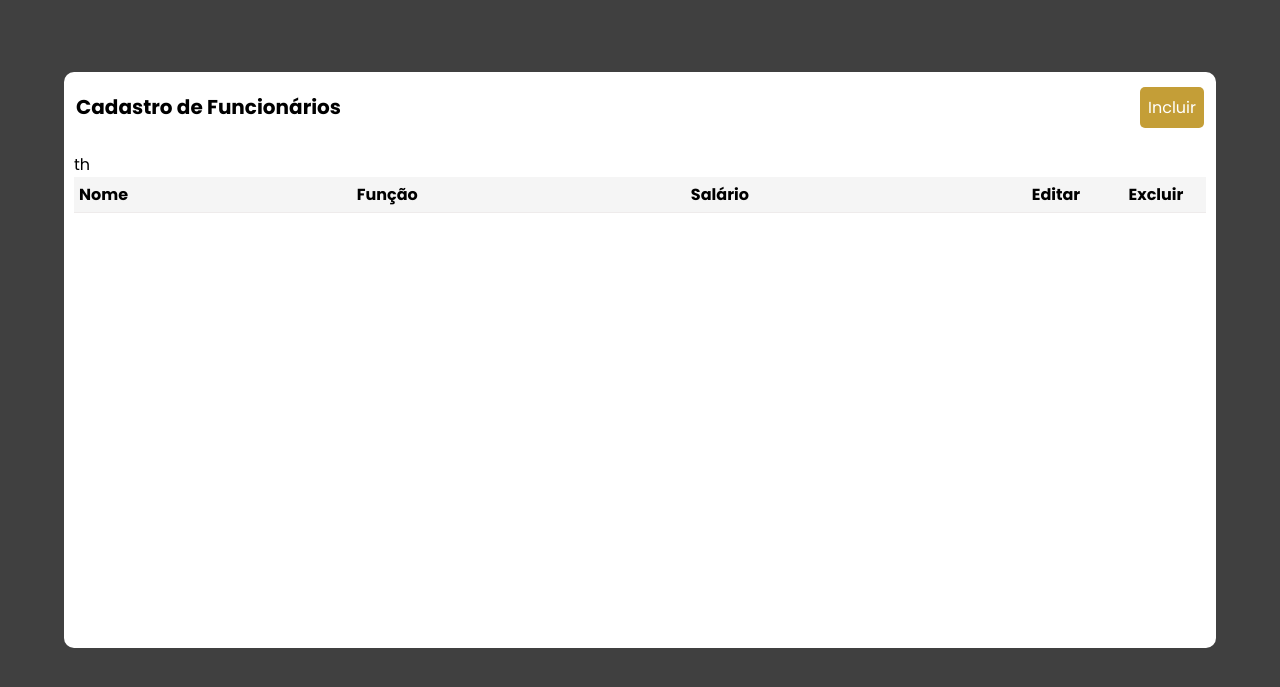
Repository: Matheus904-12/API-da-CCB
Page: index.html
An editor plug-in stored every save of this project. The page is shown before and after the next save, followed by the edit.
The browser window is 1280 px wide. The pictures show the whole page.

Above is the page before, as saved 2024-01-12 03:22:25.

After the next save:
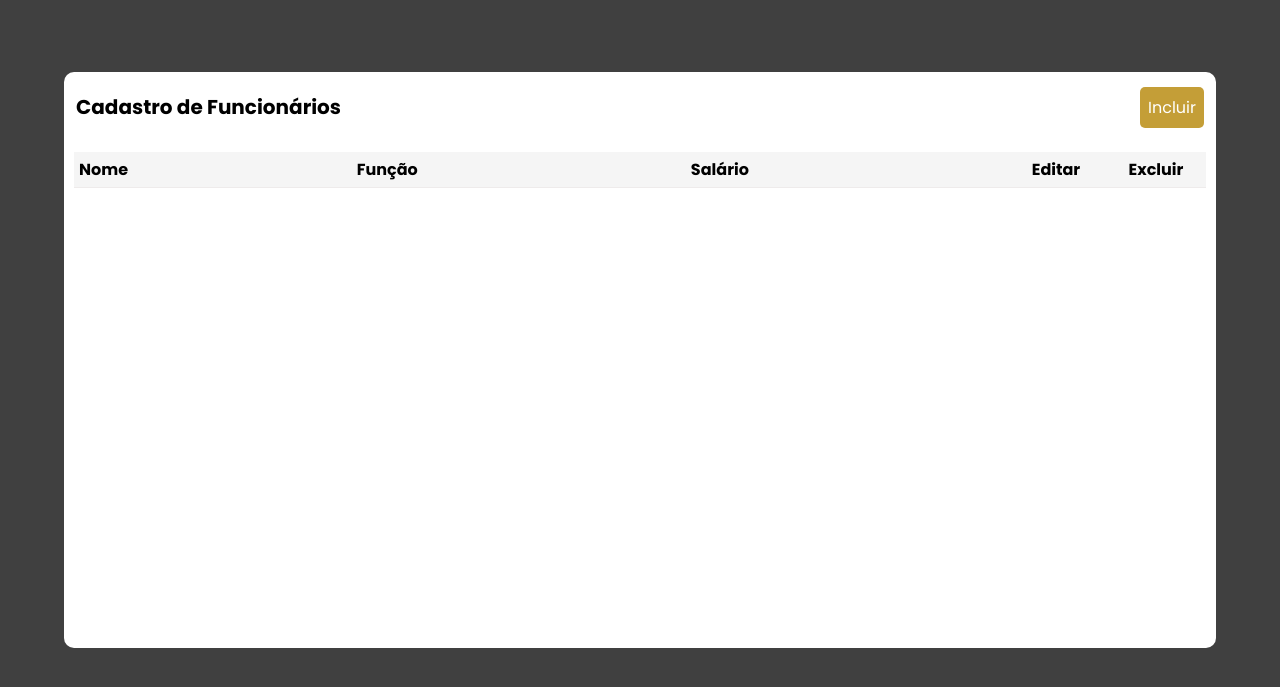
Saved 2 min 42 s later.
--- a/index.html
+++ b/index.html
@@ -21,7 +21,6 @@
       <table>
         <thead>
           <tr>
-            th
             <th>Nome</th>
             <th>Função</th>
             <th>Salário</th>
